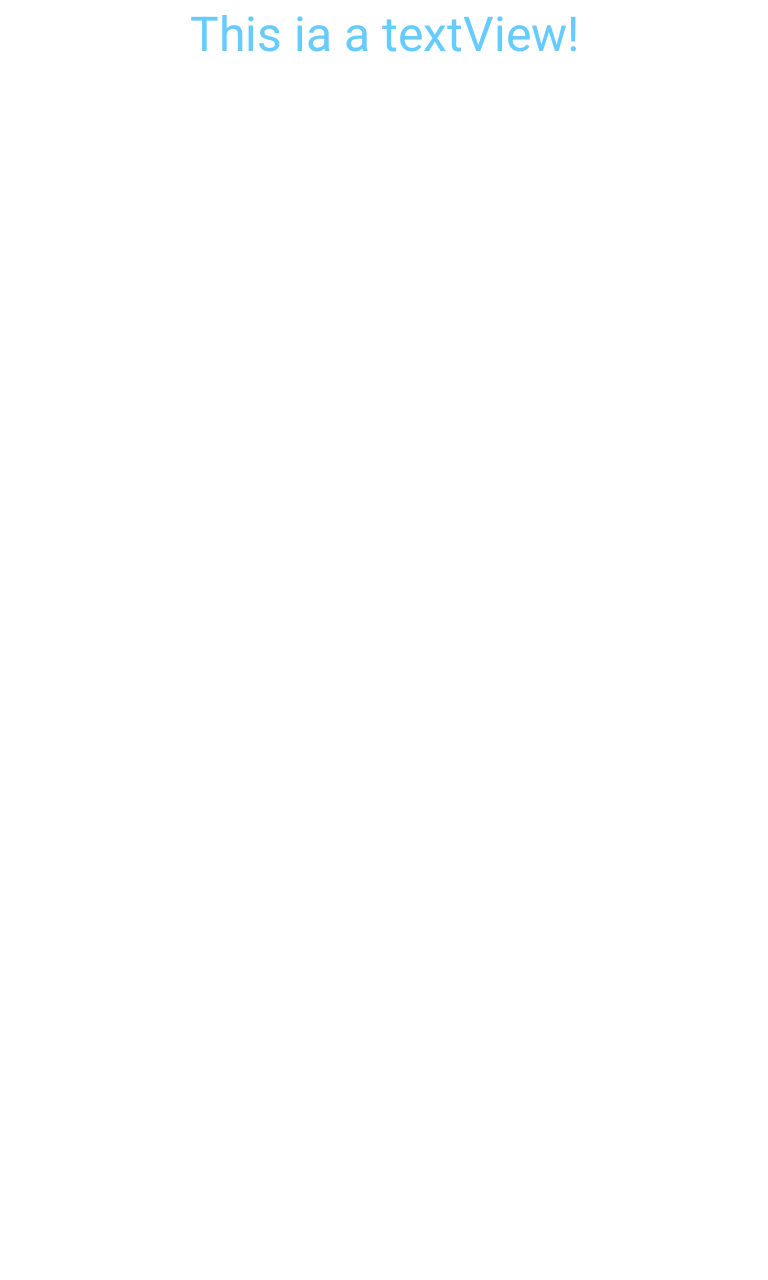
Repository: Ollyder/eclipse_work
Layout: UIWidgetTest/res/layout/activity_main.xml
The author's editor kept a copy of each file at every save. The layout is drawn from the files as they stood at one save, then again after the next save.
It is drawn on a 768 x 1280 px phone screen (xhdpi) without system bars, with theme AppTheme; the app's code is not run.

Above is the layout before, as saved 2017-05-27 01:41:51.

### UIWidgetTest/res/layout/activity_main.xml
<LinearLayout xmlns:android="http://schemas.android.com/apk/res/android"
    android:layout_width="match_parent"
    android:layout_height="match_parent"
    android:orientation="vertical" >

    <TextView
        android:id="@+id/text_view"
        android:layout_width="match_parent"
        android:layout_height="wrap_content"
        android:text="This ia a textView!"
        android:gravity="center"
        android:textSize="24sp"
        android:textColor="#66ccff"/>
</LinearLayout>

Loaded but not shown: UIWidgetTest/res/values/styles.xml (common file); UIWidgetTest/res/values-v11/styles.xml (common file); UIWidgetTest/res/values-v14/styles.xml (common file)

After the next save:
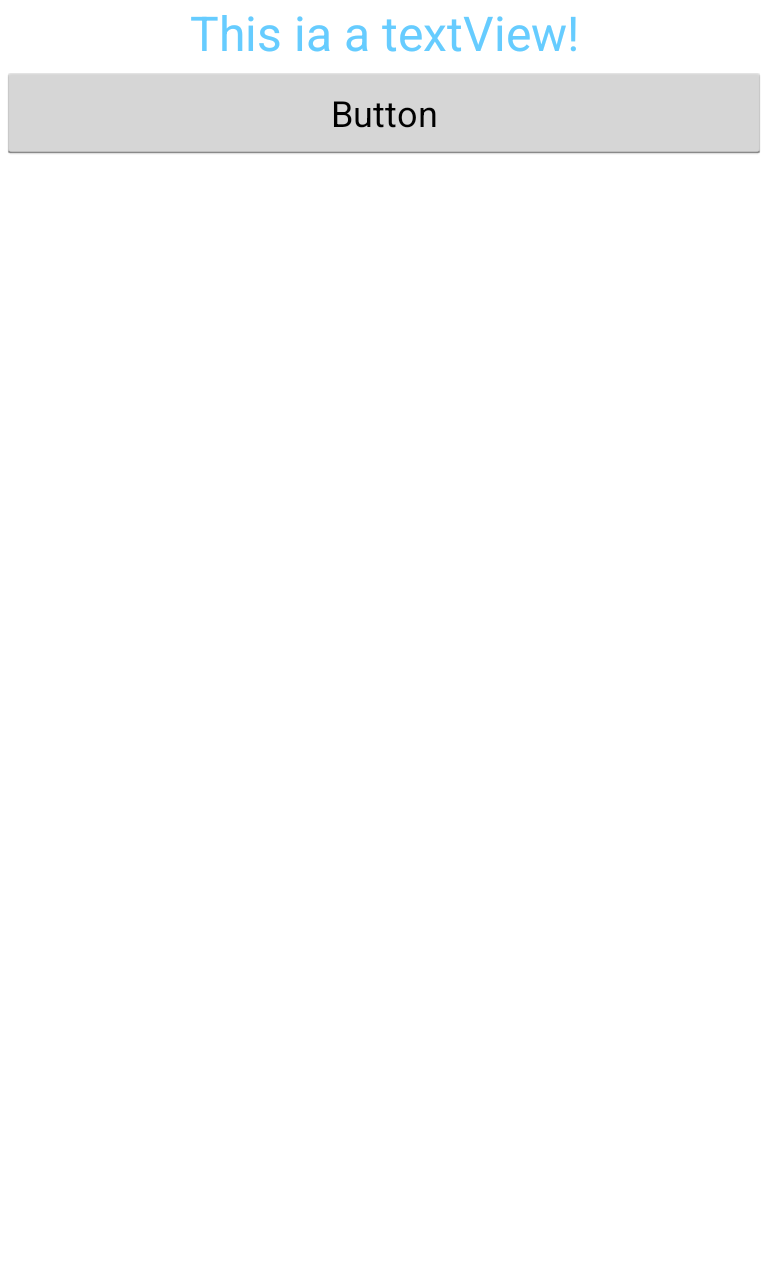
Saved 6 min 14 s later.
--- a/UIWidgetTest/res/layout/activity_main.xml
+++ b/UIWidgetTest/res/layout/activity_main.xml
@@ -11,4 +11,10 @@
         android:gravity="center"
         android:textSize="24sp"
         android:textColor="#66ccff"/>
+
+    <Button
+        android:id="@+id/button_1"
+        android:layout_width="match_parent"
+        android:layout_height="wrap_content"
+        android:text="Button" />
 </LinearLayout>
